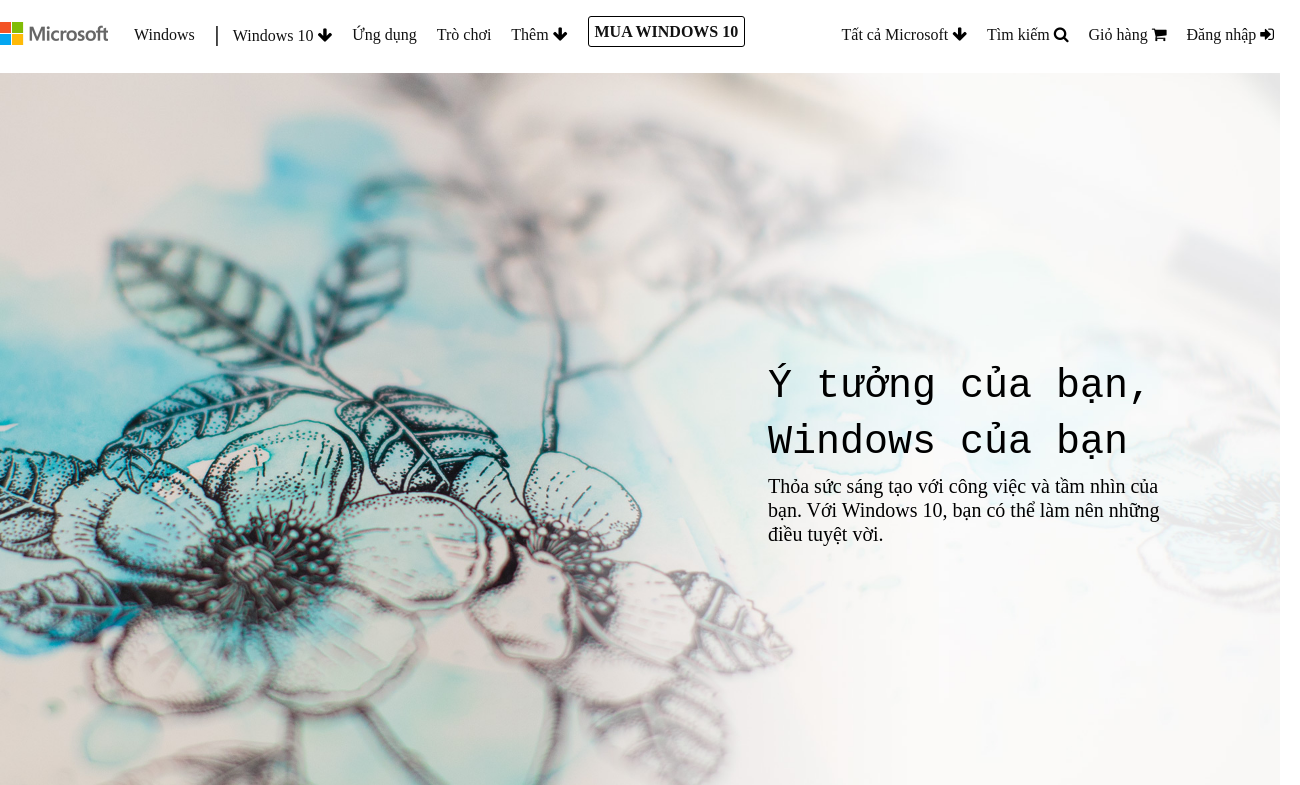
Repository: hoangphuong965/clone-Microsoft---practice
Page: index.html
An editor plug-in stored every save of this project. The page is shown before and after a run of saves, followed by the edit.
The browser window is 1280 px wide. The page is 1300 px wide, so the pictures cover 1300 px, including what lies to the right of the window. The pictures show the whole page.

Above is the page before, as saved 2020-06-08 22:53:54.

After the next 6 saves:
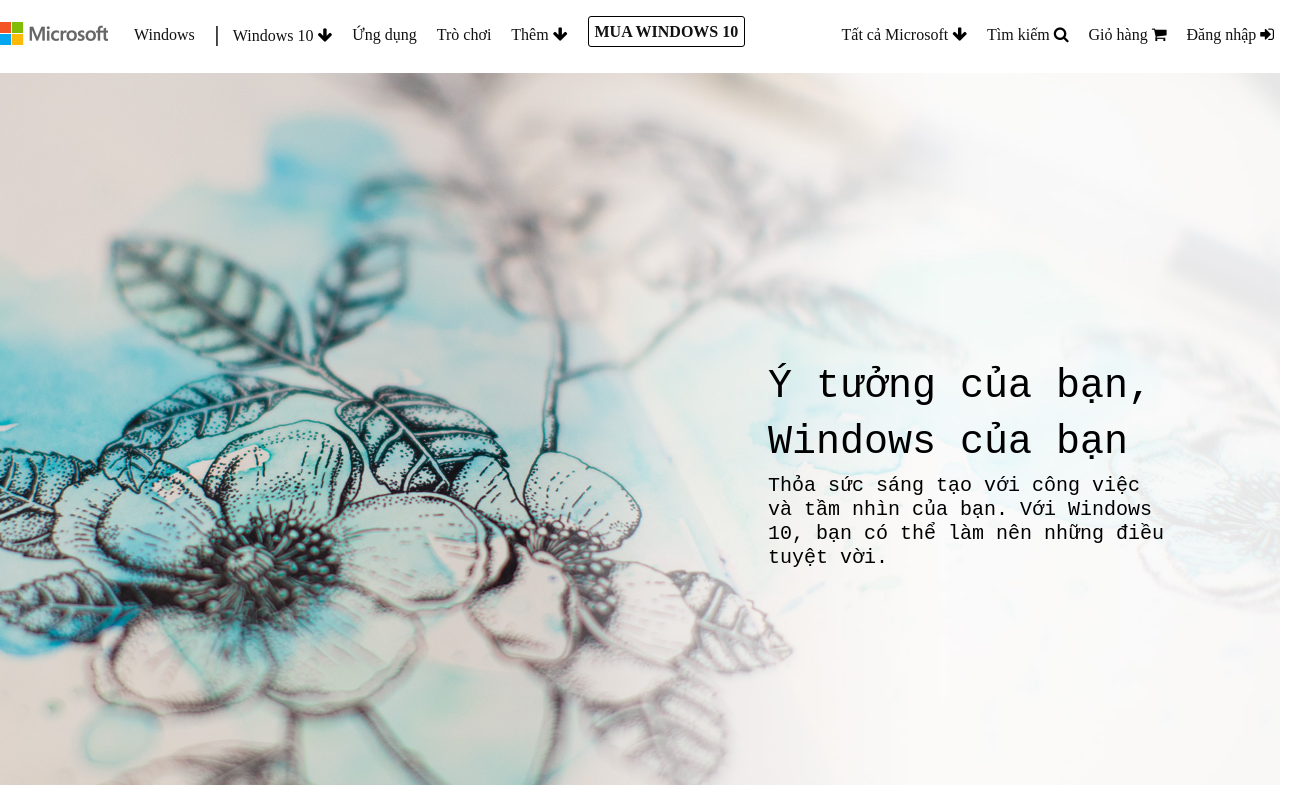
The 6 saves are shown as one change because they came seconds apart.
The last was saved 15 s later.
--- a/style.css
+++ b/style.css
@@ -86,5 +86,5 @@
 .showcase-text p {
   font-size: 20px;
   line-height: 24px;
-  font-family: c;
+  font-family: monospace;
 }

After the 4 saves that followed:
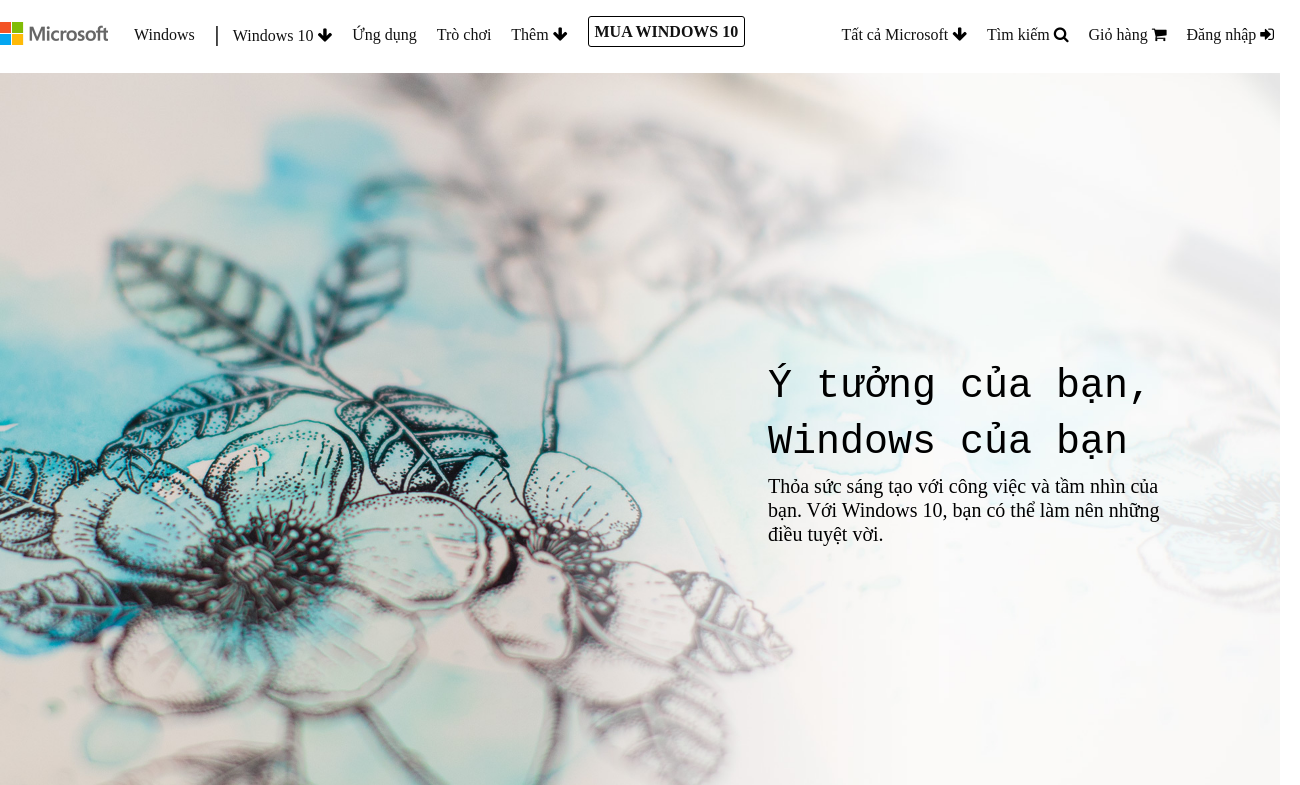
The 4 saves are shown as one change because they came seconds apart.
The last was saved 10 s later.
--- a/style.css
+++ b/style.css
@@ -86,5 +86,5 @@
 .showcase-text p {
   font-size: 20px;
   line-height: 24px;
-  font-family: monospace;
+  font-family: 'Times New Roman', Times, serif;
 }
